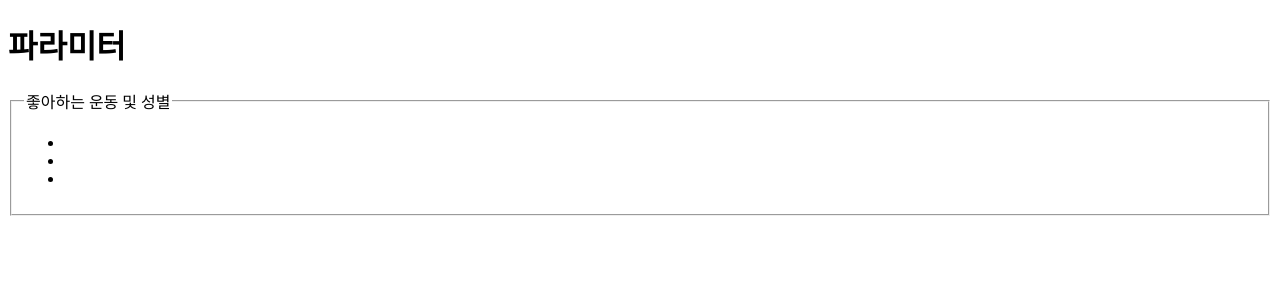
Repository: noopzzya/study_jsp_globalin
Page: ServletProject/src/main/webapp/Sport.html
The author's editor kept a copy of each file at every save. The page is drawn from the files as they stood at one save, then again after the next save.
The browser window is 1280 px wide. The pictures show the whole page.

Above is the page before, as saved 2023-01-26 03:15:14.

### ServletProject/src/main/webapp/Sport.html
<!DOCTYPE html>
<html>
<head>
<meta charset="utf-8">
<title>getParameterValues</title>
</head>
<body>
<h1>파라미터</h1>
	<form action="Sport" method="post">
		<fieldset>
			<legend>좋아하는 운동 및 성별</legend>
			<ul>
				<li></li>
				<li></li>
				<li></li>
			</ul>
		</fieldset>

	</form>
</body>
</html>

After the next save:
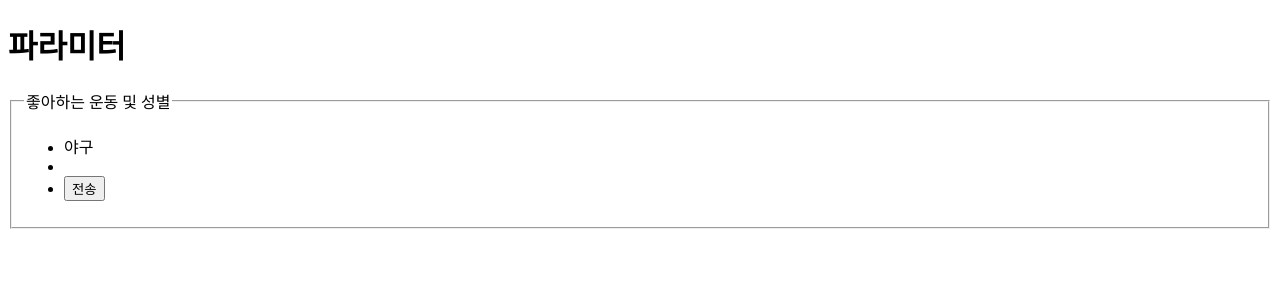
Saved 70 s later.
--- a/ServletProject/src/main/webapp/Sport.html
+++ b/ServletProject/src/main/webapp/Sport.html
@@ -10,9 +10,12 @@
 		<fieldset>
 			<legend>좋아하는 운동 및 성별</legend>
 			<ul>
+				<li>
+					<label for="baseball">야구</label>
+				</li>
+
 				<li></li>
-				<li></li>
-				<li></li>
+				<li><input type="submit" value="전송"></li>
 			</ul>
 		</fieldset>
 
